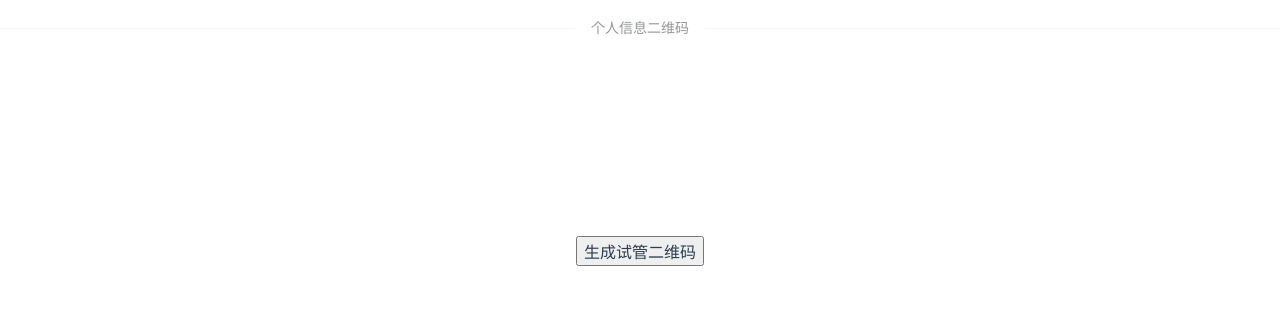
Repository: Ma-Xiao-Chao/hesuan_web
Page: /#/code
An editor plug-in stored every save of this project. The page is shown before and after the next save, followed by the edit.
The browser window is 1280 px wide. The pictures show the whole page.
The project was rebuilt for these pictures with package versions that can differ from the ones it lists, and the page was loaded fresh each time. Also part of the build but not shown: src/components/admin/login.vue, src/components/admin/common/main.vue, src/components/admin/Index.vue, src/components/admin/shiguan.vue, src/components/admin/SystemUser.vue, src/components/admin/rewu.vue, src/components/admin/ResultTable.vue, src/components/admin/UserInfo.vue.

Above is the page before, as saved 2022-11-11 17:03:28.

After the next save:
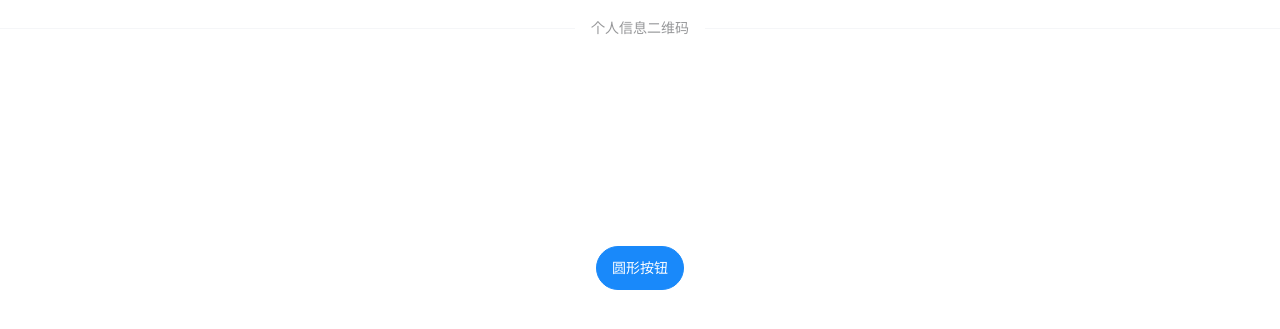
Saved 72 s later.
--- a/src/components/user/Qrcode.vue
+++ b/src/components/user/Qrcode.vue
@@ -2,7 +2,7 @@
         <div style="width: 100%" class="center">
                 <van-divider>个人信息二维码</van-divider>
                 <div class="qrcode" ref="qrCodeUrl"></div>
-                <button @click="creatQrCode()" style="">生成试管二维码</button>
+                <van-button round type="info" @click="creatQrCode()"style="margin: 10px;">圆形按钮</van-button>
         </div>
 </template>
 <script>
